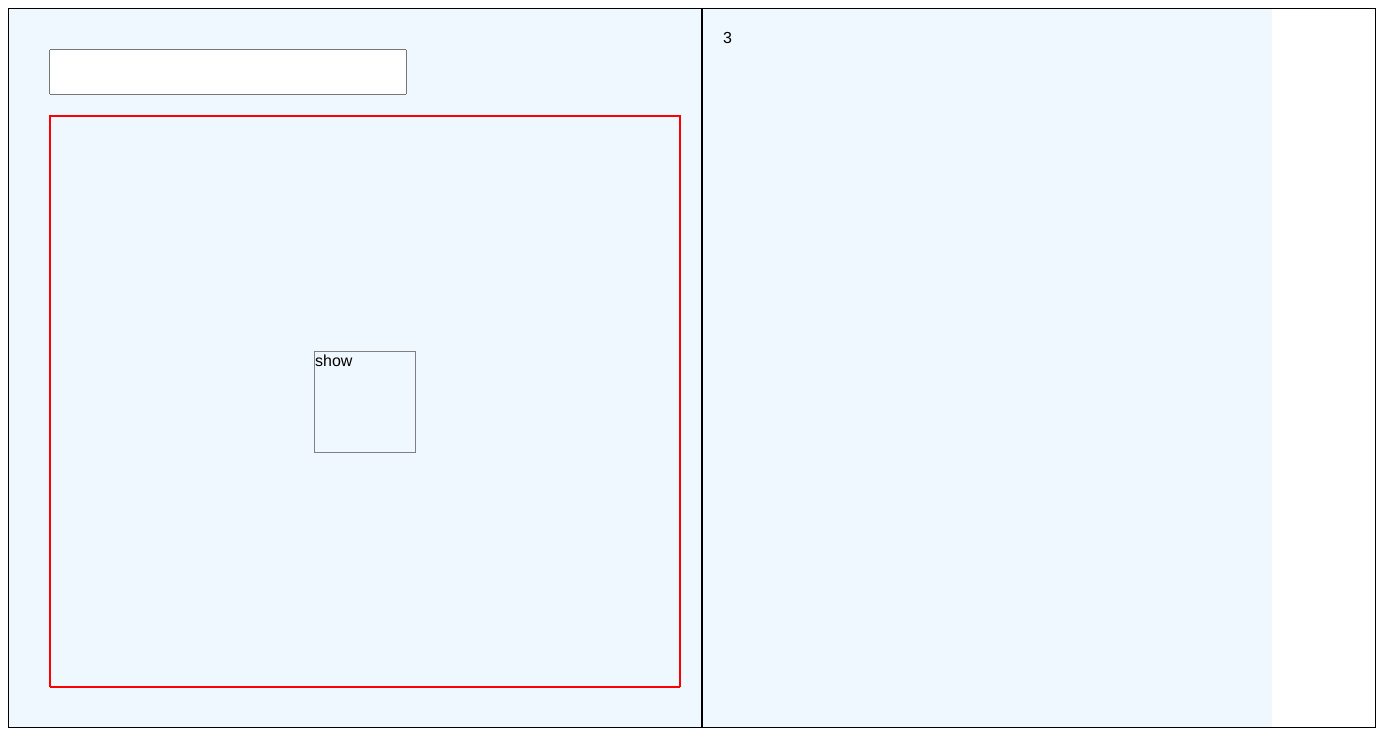
Repository: andrii1/react-gifs
Page: /
These files come from the project's save history. The page is drawn as it stood at one moment and after the next save; the edit follows.
The browser window is 1280 px wide. The page is 1376 px wide, so the pictures cover 1376 px, including what lies to the right of the window. The pictures show the whole page.
The project was rebuilt for these pictures with package versions that can differ from the ones it lists, and the page was loaded fresh each time. Also part of the build but not shown: webpack.config.js.

Above is the page before, as saved 2022-03-02 10:06:44.

After the next save:
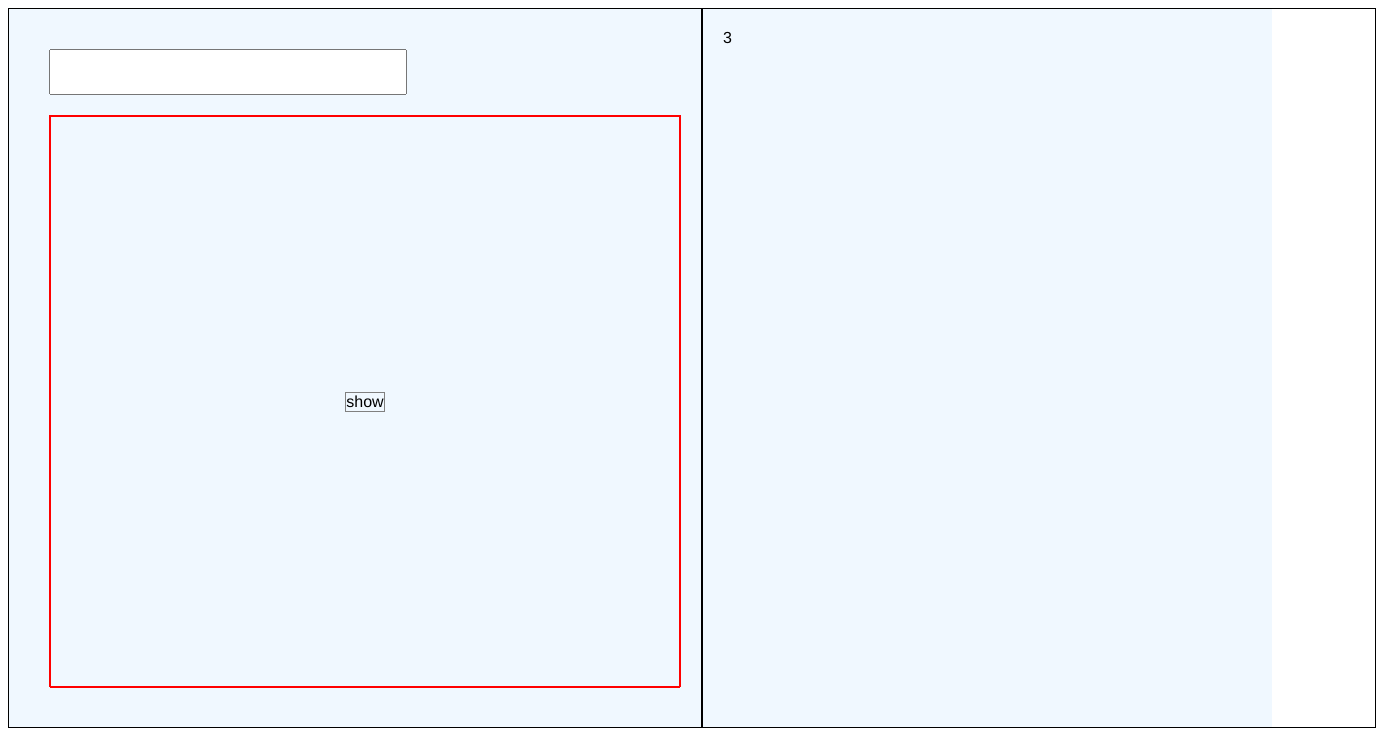
Saved 4 min 2 s later.
--- a/assets/stylesheets/application.scss
+++ b/assets/stylesheets/application.scss
@@ -56,7 +56,7 @@ input[type=text] {
 }
 
 .show-gif {
-  width: 100px;
-  height: 100px;
+  //width: 100px;
+  //height: 100px;
   border: 1px solid grey;
 }
